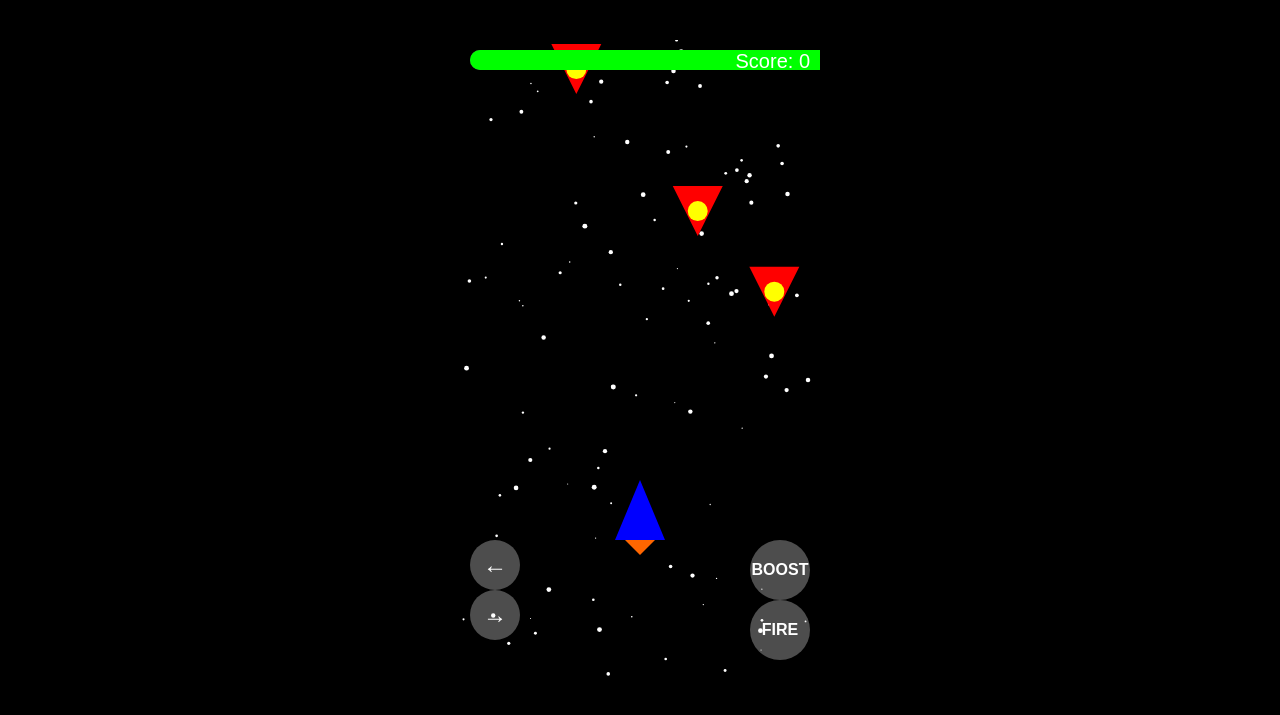
Repository: BiranOrundas/space-shooter
Page: space-shooter.html
The author's editor kept a copy of each file at every save. The page is drawn from the files as they stood at one save, then again after the next save.
The browser window is 1280 px wide. The pictures show the whole page.

Above is the page before, as saved 2025-03-13 13:08:43.

### space-shooter.html
<!DOCTYPE html>
<html lang="en">
<head>
  <meta charset="UTF-8">
  <meta name="viewport" content="width=device-width, initial-scale=1.0">
  <title>Space Shooter</title>
  <style>
    body {
      margin: 0;
      overflow: hidden;
      touch-action: none;
      font-family: Arial, sans-serif;
      background-color: #000;
      display: flex;
      justify-content: center;
      align-items: center;
      height: 100vh;
    }

    #game-container {
      position: relative;
      width: 360px;
      height: 640px;
      background-color: #000;
      overflow: hidden;
      touch-action: none;
    }

    #game-canvas {
      width: 100%;
      height: 100%;
    }

    #controls {
      position: absolute;
      bottom: 20px;
      left: 0;
      width: 100%;
      display: flex;
      justify-content: space-between;
      z-index: 10;
    }

    .direction-btn {
      width: 50px;
      height: 50px;
      background-color: rgba(255, 255, 255, 0.3);
      border-radius: 50%;
      display: flex;
      justify-content: center;
      align-items: center;
      color: white;
      font-weight: bold;
      font-size: 24px;
      user-select: none;
      margin: 0 10px;
    }

    .action-btn {
      width: 60px;
      height: 60px;
      background-color: rgba(255, 255, 255, 0.3);
      border-radius: 50%;
      display: flex;
      justify-content: center;
      align-items: center;
      color: white;
      font-weight: bold;
      font-size: 16px;
      user-select: none;
      margin: 0 10px;
    }

    #life-bar-container {
      position: absolute;
      top: 10px;
      left: 10px;
      width: 200px;
      height: 20px;
      background-color: rgba(255, 255, 255, 0.3);
      border-radius: 10px;
    }

    #life-bar {
      height: 100%;
      width: 100%;
      background-color: #0f0;
      border-radius: 10px;
      transition: width 0.3s;
    }

    #score {
      position: absolute;
      top: 10px;
      right: 10px;
      color: white;
      font-size: 20px;
    }

    #game-over {
      position: absolute;
      top: 0;
      left: 0;
      width: 100%;
      height: 100%;
      background-color: rgba(0, 0, 0, 0.8);
      display: none;
      flex-direction: column;
      justify-content: center;
      align-items: center;
      color: white;
      font-size: 30px;
      z-index: 20;
    }

    #restart-btn {
      margin-top: 20px;
      padding: 10px 20px;
      background-color: #0f0;
      color: black;
      border: none;
      border-radius: 5px;
      font-size: 18px;
      cursor: pointer;
    }

    .star {
      position: absolute;
      background-color: white;
      border-radius: 50%;
    }
  </style>
</head>
<body>
  <div id="game-container">
    <div id="life-bar-container">
      <div id="life-bar"></div>
    </div>
    <div id="score">Score: 0</div>
    <canvas id="game-canvas"></canvas>

    <div id="controls">
      <div id="movement-controls">
        <div class="direction-btn" id="left-btn">←</div>
        <div class="direction-btn" id="right-btn">→</div>
      </div>
      <div id="action-controls">
        <div class="action-btn" id="boost-btn">BOOST</div>
        <div class="action-btn" id="shoot-btn">FIRE</div>
      </div>
    </div>

    <div id="game-over">
      <div>GAME OVER</div>
      <div id="final-score">Score: 0</div>
      <button id="restart-btn">Restart</button>
    </div>
  </div>

  <script>
    // Game setup
    const canvas = document.getElementById('game-canvas');
    const ctx = canvas.getContext('2d');

    // Set canvas dimensions to match container
    const container = document.getElementById('game-container');
    canvas.width = container.clientWidth;
    canvas.height = container.clientHeight;

    // Game variables
    let score = 0;
    let gameOver = false;
    let animationId;

    // Player variables
    const player = {
      x: canvas.width / 2 - 25,
      y: canvas.height - 200,
      width: 50,
      height: 60,
      speed: 5,
      boostedSpeed: 10,
      isBoosting: false,
      life: 500,
      color: '#00f',
      cooldown: 0,
      lastShot: 0
    };

    // Game elements arrays
    const bullets = [];
    const enemies = [];
    const stars = [];

    // Control variables
    let leftPressed = false;
    let rightPressed = false;
    let shootPressed = false;
    let boostPressed = false;

    // Generate stars for background
    function createStars() {
      const starCount = 100;
      for (let i = 0; i < starCount; i++) {
        stars.push({
          x: Math.random() * canvas.width,
          y: Math.random() * canvas.height,
          size: Math.random() * 2 + 0.5,
          speed: Math.random() * 2 + 2.9
        });
      }
    }

    // Draw player's spaceship
    function drawPlayer() {
      // Draw player ship
      ctx.fillStyle = player.color;

      // Ship body
      ctx.beginPath();
      ctx.moveTo(player.x + player.width / 2, player.y);
      ctx.lineTo(player.x + player.width, player.y + player.height);
      ctx.lineTo(player.x, player.y + player.height);
      ctx.closePath();
      ctx.fill();

      // Engine flames
      if (player.isBoosting) {
        ctx.fillStyle = '#ff0';
      } else {
        ctx.fillStyle = '#f60';
      }

      const flameHeight = player.isBoosting ? 30 : 15;
      ctx.beginPath();
      ctx.moveTo(player.x + 10, player.y + player.height);
      ctx.lineTo(player.x + player.width / 2, player.y + player.height + flameHeight);
      ctx.lineTo(player.x + player.width - 10, player.y + player.height);
      ctx.closePath();
      ctx.fill();
    }

    // Create a bullet
    function shootBullet() {
      const now = Date.now();
      if (now - player.lastShot > 300) { // Cooldown in ms
        bullets.push({
          x: player.x + player.width / 2 - 3,
          y: player.y,
          width: 1,
          height: 15,
          speed: 10,
          color: '#f00'
        });
        player.lastShot = now;
      }
    }

    // Draw bullets
    function drawBullets() {
      bullets.forEach(bullet => {
        ctx.fillStyle = bullet.color;
        ctx.fillRect(bullet.x, bullet.y, bullet.width, bullet.height);
      });
    }

    // Create enemy ships
    function spawnEnemy() {
      if (Math.random() < 0.02 && !gameOver) {
        enemies.push({
          x: Math.random() * (canvas.width - 50),
          y: -50,
          width: 50,
          height: 50,
          speed: Math.random() * 2 + 1
        });
      }
    }

    // Draw enemy ships
    function drawEnemies() {
      enemies.forEach(enemy => {
        // Enemy ship body
        ctx.fillStyle = '#f00';
        ctx.beginPath();
        ctx.moveTo(enemy.x + enemy.width / 2, enemy.y + enemy.height);
        ctx.lineTo(enemy.x + enemy.width, enemy.y);
        ctx.lineTo(enemy.x, enemy.y);
        ctx.closePath();
        ctx.fill();

        // Enemy details
        ctx.fillStyle = '#ff0';
        ctx.beginPath();
        ctx.arc(enemy.x + enemy.width / 2, enemy.y + enemy.height / 2, 10, 0, Math.PI * 2);
        ctx.fill();
      });
    }

    // Draw stars background
    function drawStars() {
      ctx.fillStyle = 'white';
      stars.forEach(star => {
        ctx.beginPath();
        ctx.arc(star.x, star.y, star.size, 0, Math.PI * 2);
        ctx.fill();
      });
    }

    // Update star positions
    function updateStars() {
      stars.forEach(star => {
        star.y += star.speed;
        if (star.y > canvas.height) {
          star.y = 0;
          star.x = Math.random() * canvas.width;
        }
      });
    }

    // Update game elements
    function updateGameElements() {
      // Update player position
      if (leftPressed && player.x > 0) {
        player.x -= player.isBoosting ? player.boostedSpeed : player.speed;
      }
      if (rightPressed && player.x < canvas.width - player.width) {
        player.x += player.isBoosting ? player.boostedSpeed : player.speed;
      }

      // Update bullets
      for (let i = 0; i < bullets.length; i++) {
        bullets[i].y -= bullets[i].speed;

        // Remove bullets that are off screen
        if (bullets[i].y < 0) {
          bullets.splice(i, 1);
          i--;
        }
      }

      // Update enemies
      for (let i = 0; i < enemies.length; i++) {
        enemies[i].y += enemies[i].speed;

        // Check for collision with player
        if (
          player.x < enemies[i].x + enemies[i].width &&
          player.x + player.width > enemies[i].x &&
          player.y < enemies[i].y + enemies[i].height &&
          player.y + player.height > enemies[i].y
        ) {
          // Player hit by enemy
          player.life -= 30;
          updateLifeBar();

          // Remove enemy
          enemies.splice(i, 1);
          i--;

          // Check game over
          if (player.life <= 0) {
            endGame();
          }

          continue;
        }

        // Check for bullets hitting enemies
        for (let j = 0; j < bullets.length; j++) {
          if (
            bullets[j].x < enemies[i].x + enemies[i].width &&
            bullets[j].x + bullets[j].width > enemies[i].x &&
            bullets[j].y < enemies[i].y + enemies[i].height &&
            bullets[j].y + bullets[j].height > enemies[i].y
          ) {
            // Enemy hit by bullet
            score += 10;
            updateScore();

            // Remove enemy and bullet
            enemies.splice(i, 1);
            bullets.splice(j, 1);
            i--;
            break;
          }
        }

        // Remove enemies that are off screen
        if (enemies[i] && enemies[i].y > canvas.height) {
          enemies.splice(i, 1);
          i--;
        }
      }
    }

    // Update life bar
    function updateLifeBar() {
      const lifeBar = document.getElementById('life-bar');
      lifeBar.style.width = `${player.life}%`;

      // Change color based on life
      if (player.life > 60) {
        lifeBar.style.backgroundColor = '#0f0';
      } else if (player.life > 30) {
        lifeBar.style.backgroundColor = '#ff0';
      } else {
        lifeBar.style.backgroundColor = '#f00';
      }
    }

    // Update score display
    function updateScore() {
      document.getElementById('score').textContent = `Score: ${score}`;
    }

    // Game over
    function endGame() {
      gameOver = true;
      document.getElementById('game-over').style.display = 'flex';
      document.getElementById('final-score').textContent = `Score: ${score}`;
      cancelAnimationFrame(animationId);
    }

    // Main game loop
    function gameLoop() {
      // Clear canvas
      ctx.fillStyle = '#000';
      ctx.fillRect(0, 0, canvas.width, canvas.height);

      // Draw stars
      drawStars();
      updateStars();

      // Spawn enemies
      spawnEnemy();

      // Update game elements
      updateGameElements();

      // Fire bullet if shoot button is pressed
      if (shootPressed) {
        shootBullet();
      }

      // Draw game elements
      drawPlayer();
      drawBullets();
      drawEnemies();

      // Continue game loop
      if (!gameOver) {
        animationId = requestAnimationFrame(gameLoop);
      }
    }

    // Event listeners for keyboard controls
    document.addEventListener('keydown', (e) => {
      if (e.key === 'ArrowLeft' || e.key === 'a') leftPressed = true;
      if (e.key === 'ArrowRight' || e.key === 'd') rightPressed = true;
      if (e.key === ' ' || e.key === 'Enter') shootPressed = true;
      if (e.key === 'Shift') {
        boostPressed = true;
        player.isBoosting = true;
      }
    });

    document.addEventListener('keyup', (e) => {
      if (e.key === 'ArrowLeft' || e.key === 'a') leftPressed = false;
      if (e.key === 'ArrowRight' || e.key === 'd') rightPressed = false;
      if (e.key === ' ' || e.key === 'Enter') shootPressed = false;
      if (e.key === 'Shift') {
        boostPressed = false;
        player.isBoosting = false;
      }
    });

    // Touch controls
    const leftBtn = document.getElementById('left-btn');
    const rightBtn = document.getElementById('right-btn');
    const shootBtn = document.getElementById('shoot-btn');
    const boostBtn = document.getElementById('boost-btn');

    leftBtn.addEventListener('touchstart', (e) => {
      e.preventDefault();
      leftPressed = true;
    });

    leftBtn.addEventListener('touchend', (e) => {
      e.preventDefault();
      leftPressed = false;
    });

    rightBtn.addEventListener('touchstart', (e) => {
      e.preventDefault();
      rightPressed = true;
    });

    rightBtn.addEventListener('touchend', (e) => {
      e.preventDefault();
      rightPressed = false;
    });

    shootBtn.addEventListener('touchstart', (e) => {
      e.preventDefault();
      shootPressed = true;
    });

    shootBtn.addEventListener('touchend', (e) => {
      e.preventDefault();
      shootPressed = false;
    });

    boostBtn.addEventListener('touchstart', (e) => {
      e.preventDefault();
      boostPressed = true;
      player.isBoosting = true;
    });

    boostBtn.addEventListener('touchend', (e) => {
      e.preventDefault();
      boostPressed = false;
      player.isBoosting = false;
    });

    // Mouse controls (for testing on desktop)
    leftBtn.addEventListener('mousedown', () => {
      leftPressed = true;
    });

    leftBtn.addEventListener('mouseup', () => {
      leftPressed = false;
    });

    rightBtn.addEventListener('mousedown', () => {
      rightPressed = true;
    });

    rightBtn.addEventListener('mouseup', () => {
      rightPressed = false;
    });

    shootBtn.addEventListener('mousedown', () => {
      shootPressed = true;
    });

    shootBtn.addEventListener('mouseup', () => {
      shootPressed = false;
    });

    boostBtn.addEventListener('mousedown', () => {
      boostPressed = true;
      player.isBoosting = true;
    });

    boostBtn.addEventListener('mouseup', () => {
      boostPressed = false;
      player.isBoosting = false;
    });

    // Restart game
    document.getElementById('restart-btn').addEventListener('click', () => {
      // Reset game state
      score = 0;
      gameOver = false;
      player.life = 100;
      player.x = canvas.width / 2 - 25;
      player.y = canvas.height - 100;
      player.isBoosting = false;

      // Clear arrays
      bullets.length = 0;
      enemies.length = 0;

      // Update UI
      updateScore();
      updateLifeBar();

      // Hide game over screen
      document.getElementById('game-over').style.display = 'none';

      // Start game loop
      gameLoop();
    });

    // Initialize game
    function initGame() {
      createStars();
      updateLifeBar();
      gameLoop();
    }

    // Start the game
    window.addEventListener('load', initGame);
  </script>
</body>
</html>

After the next save:
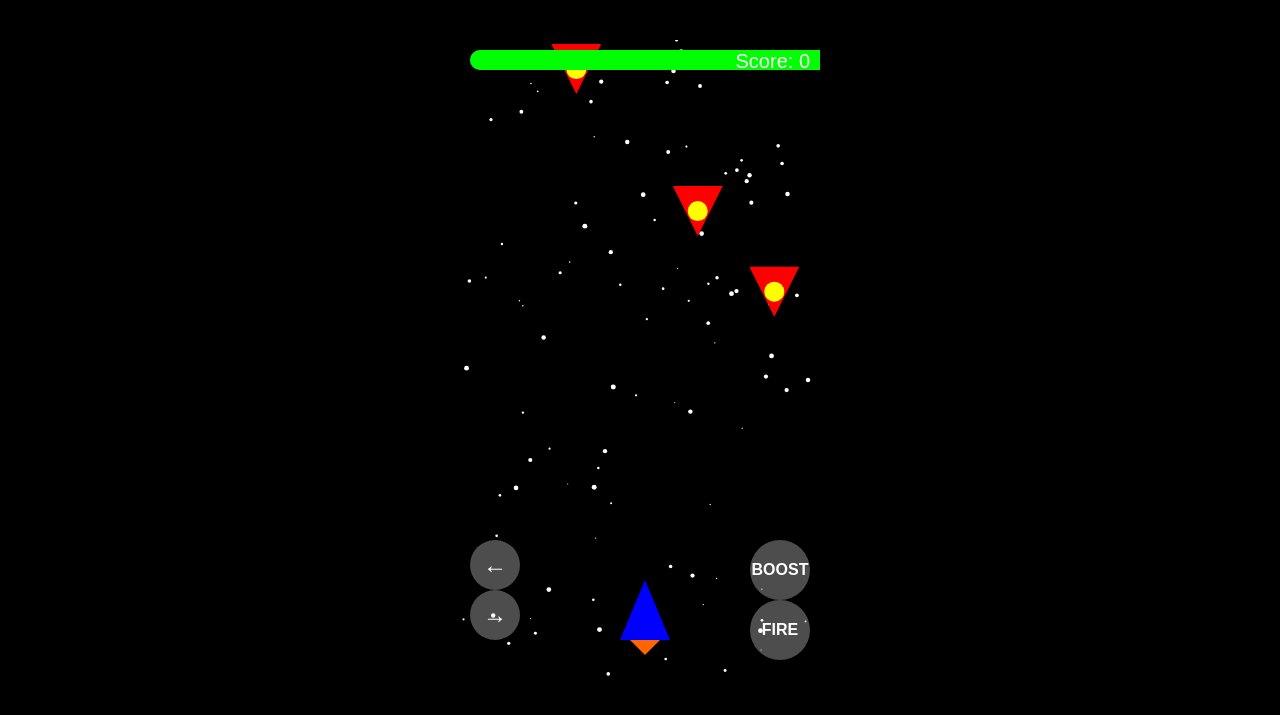
Saved 5 s later.
--- a/space-shooter.html
+++ b/space-shooter.html
@@ -174,8 +174,8 @@
 
     // Player variables
     const player = {
-      x: canvas.width / 2 - 25,
-      y: canvas.height - 200,
+      x: canvas.width / 2 - 20,
+      y: canvas.height - 100,
       width: 50,
       height: 60,
       speed: 5,
